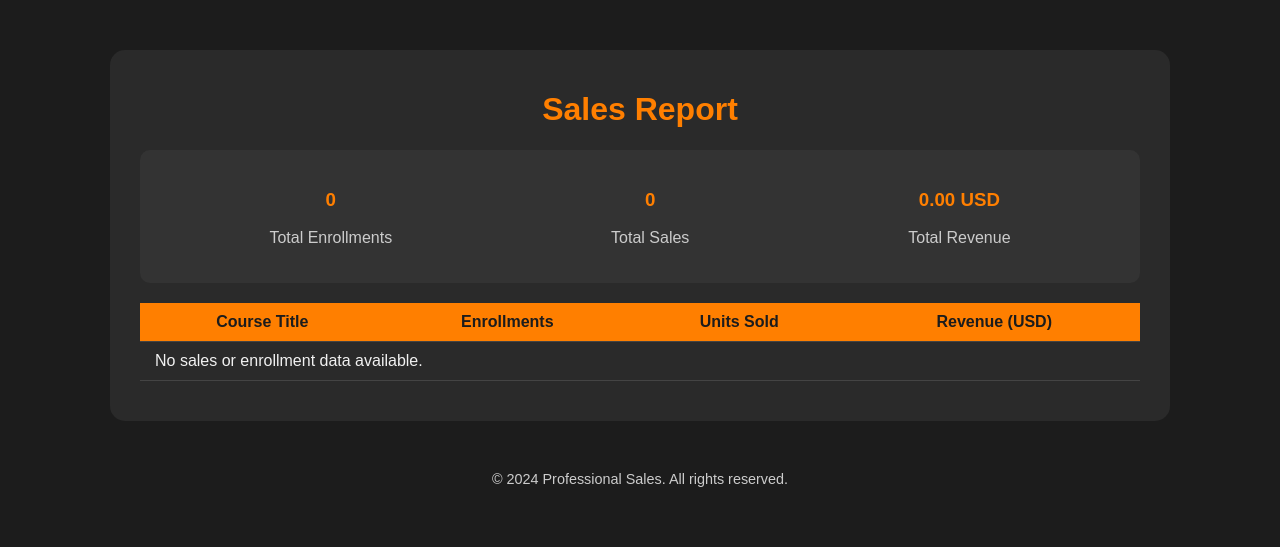
Repository: Syed1818/project
Page: http://localhost/sales_report.php
The author's editor kept a copy of each file at every save. The page is drawn from the files as they stood at one save, then again after the next save.
The browser window is 1280 px wide. The pictures show the whole page.
The page is run by PHP 8.4 with error messages shown; the project is at /var/www/html/. Queries for data that is not in the repository find no rows.

Above is the page before, as saved 2024-12-23 15:39:12.

After the next save:
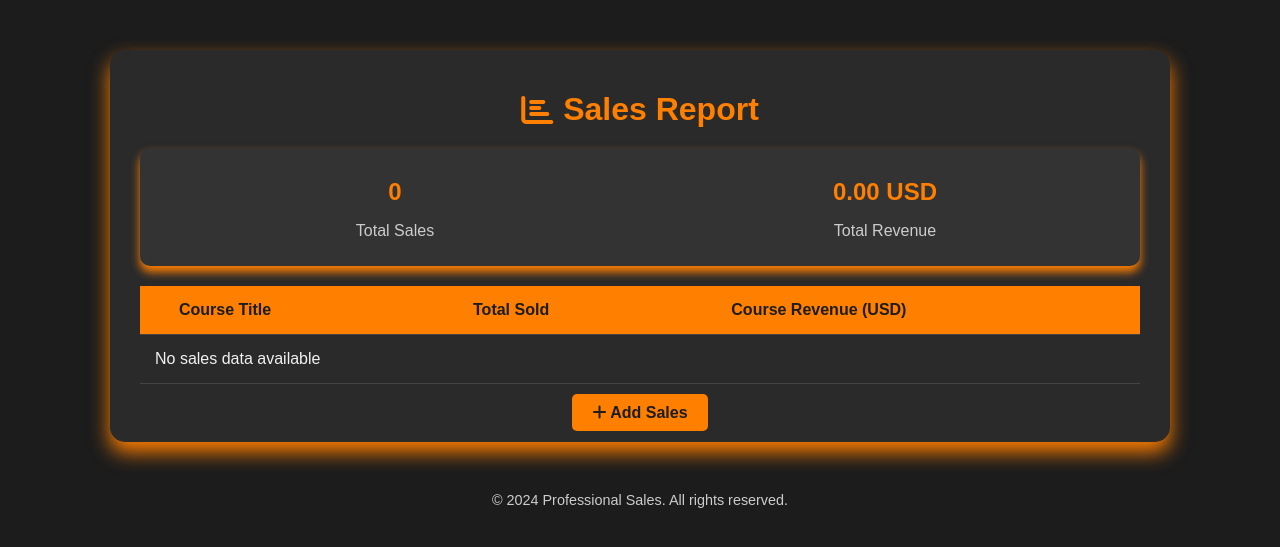
Saved 39 s later.
--- a/sales_report.php
+++ b/sales_report.php
@@ -1,89 +1,126 @@
 <?php
 include 'connect.php';
 
-// Fetch course sales data
+// Fetch sales data
 $sales_query = "
     SELECT
         courses.title AS course_title,
         COUNT(sales.course_id) AS total_sold,
-        SUM(sales.price) AS total_revenue,
-        (SELECT COUNT(*) FROM enrollments WHERE enrollments.course_id = courses.id) AS total_enrollments
-    FROM courses
-    LEFT JOIN sales ON sales.course_id = courses.id
-    GROUP BY courses.id;
+        SUM(sales.price) AS total_revenue
+    FROM sales
+    JOIN courses ON sales.course_id = courses.id
+    GROUP BY sales.course_id;
 ";
 $sales_result = $conn->query($sales_query);
 
-// Fetch total sales, revenue, and enrollments
+// Fetch total sales and revenue
 $total_query = "
     SELECT
-        COUNT(DISTINCT sales.id) AS total_sales,
-        SUM(sales.price) AS total_revenue,
-        COUNT(DISTINCT enrollments.id) AS total_enrollments
-    FROM sales
-    LEFT JOIN enrollments ON enrollments.course_id = sales.course_id;
+        COUNT(*) AS total_sales,
+        SUM(price) AS total_revenue
+    FROM sales;
 ";
 $total_result = $conn->query($total_query);
 $total_data = $total_result->fetch_assoc();
 $total_sales = $total_data['total_sales'] ?? 0;
 $total_revenue = $total_data['total_revenue'] ?? 0;
-$total_enrollments = $total_data['total_enrollments'] ?? 0;
 ?>
-
 <!DOCTYPE html>
 <html lang="en">
 <head>
     <meta charset="UTF-8">
     <meta name="viewport" content="width=device-width, initial-scale=1.0">
     <title>Sales Report</title>
+    <!-- Font Awesome for icons -->
+    <link rel="stylesheet" href="https://cdnjs.cloudflare.com/ajax/libs/font-awesome/6.0.0-beta3/css/all.min.css">
     <style>
-        /* Add your existing styles here */
         body {
             font-family: 'Poppins', sans-serif;
-            background-color: #1c1c1c;
-            color: #f1f1f1;
+            margin: 0;
+            padding: 0;
+            background: #1c1c1c; /* Black background */
+            color: #f1f1f1; /* Light text */
         }
         .container {
             max-width: 1000px;
             margin: 50px auto;
             padding: 20px 30px;
-            background: #2a2a2a;
+            background: #2a2a2a; /* Dark background */
             border-radius: 15px;
+            box-shadow: 0 10px 20px #ff7f00;
         }
-        h1, h2 {
+        h1 {
+            font-size: 2rem;
             text-align: center;
-            color: #ff7f00;
+            color: #ff7f00; /* Orange */
+            margin-bottom: 20px;
+            display: flex;
+            align-items: center;
+            justify-content: center;
+        }
+        h1 i {
+            margin-right: 10px;
         }
         .stats {
             display: flex;
-            justify-content: space-around;
-            margin: 20px 0;
-            background: #333;
+            justify-content: space-between;
+            margin-bottom: 20px;
+            padding: 10px;
+            background-color: #333;
+            box-shadow: 0 6px 10px #ff7f00;
             border-radius: 10px;
-            padding: 20px;
         }
         .stat-card {
             text-align: center;
+            flex: 1;
+            margin: 0 10px;
+        }
+        .stat-card h2 {
+            font-size: 1.5rem;
+            color: #ff7f00; /* Orange */
+            margin-bottom: 5px;
+        }
+        .stat-card p {
+            font-size: 1rem;
             color: #ccc;
-        }
-        .stat-card h3 {
-            color: #ff7f00;
         }
         table {
             width: 100%;
+            border-collapse: collapse;
             margin: 20px 0;
-            border-collapse: collapse;
         }
         th, td {
-            padding: 10px 15px;
+            padding: 15px;
+            text-align: left;
             border-bottom: 1px solid #444;
         }
         th {
-            background: #ff7f00;
-            color: #1c1c1c;
+            background-color: #ff7f00; /* Orange */
+            color: #1c1c1c; /* Black text */
         }
         tr:hover {
-            background: #333;
+            background-color: #333;
+        }
+        .icon {
+            margin-right: 10px;
+            color: #ff7f00; /* Orange */
+        }
+        .actions {
+            margin-top: 20px;
+            text-align: center;
+        }
+        .add-sales-btn {
+            background-color: #ff7f00; /* Orange */
+            color: #1c1c1c; /* Black text */
+            padding: 10px 20px;
+            text-decoration: none;
+            border-radius: 5px;
+            font-weight: bold;
+            font-size: 1rem;
+            transition: background-color 0.3s ease;
+        }
+        .add-sales-btn:hover {
+            background-color: #e56d00; /* Darker orange */
         }
         .footer {
             text-align: center;
@@ -95,47 +132,51 @@ $total_enrollments = $total_data['total_enrollments'] ?? 0;
 </head>
 <body>
     <div class="container">
-        <h1>Sales Report</h1>
+        <h1><i class="fas fa-chart-bar"></i>Sales Report</h1>
+
+        <!-- Total Stats -->
         <div class="stats">
             <div class="stat-card">
-                <h3><?php echo $total_enrollments; ?></h3>
-                <p>Total Enrollments</p>
-            </div>
-            <div class="stat-card">
-                <h3><?php echo $total_sales; ?></h3>
+                <h2><?php echo $total_sales; ?></h2>
                 <p>Total Sales</p>
             </div>
             <div class="stat-card">
-                <h3><?php echo number_format($total_revenue, 2); ?> USD</h3>
+                <h2><?php echo number_format($total_revenue, 2); ?> USD</h2>
                 <p>Total Revenue</p>
             </div>
         </div>
 
+        <!-- Sales Table -->
         <table>
             <thead>
                 <tr>
-                    <th>Course Title</th>
-                    <th>Enrollments</th>
-                    <th>Units Sold</th>
-                    <th>Revenue (USD)</th>
+                    <th><i class="fas fa-book icon"></i>Course Title</th>
+                    <th><i class="fas fa-users icon"></i>Total Sold</th>
+                    <th><i class="fas fa-dollar-sign icon"></i>Course Revenue (USD)</th>
                 </tr>
             </thead>
             <tbody>
-                <?php if ($sales_result->num_rows > 0): ?>
+                <?php if ($sales_result && $sales_result->num_rows > 0): ?>
                     <?php while ($row = $sales_result->fetch_assoc()): ?>
                         <tr>
                             <td><?php echo htmlspecialchars($row['course_title']); ?></td>
-                            <td><?php echo $row['total_enrollments']; ?></td>
-                            <td><?php echo $row['total_sold']; ?></td>
-                            <td><?php echo number_format($row['total_revenue'], 2); ?> USD</td>
+                            <td><?php echo htmlspecialchars($row['total_sold']); ?></td>
+                            <td><?php echo htmlspecialchars(number_format($row['total_revenue'], 2)); ?> USD</td>
                         </tr>
                     <?php endwhile; ?>
                 <?php else: ?>
-                    <tr><td colspan="4">No sales or enrollment data available.</td></tr>
+                    <tr><td colspan="3">No sales data available</td></tr>
                 <?php endif; ?>
             </tbody>
         </table>
+
+        <!-- Add Sales Button -->
+        <div class="actions">
+            <a href="add_sales.php" class="add-sales-btn"><i class="fas fa-plus"></i> Add Sales</a>
+        </div>
     </div>
-    <div class="footer">&copy; 2024 Professional Sales. All rights reserved.</div>
+    <div class="footer">
+        &copy; 2024 Professional Sales. All rights reserved.
+    </div>
 </body>
 </html>
